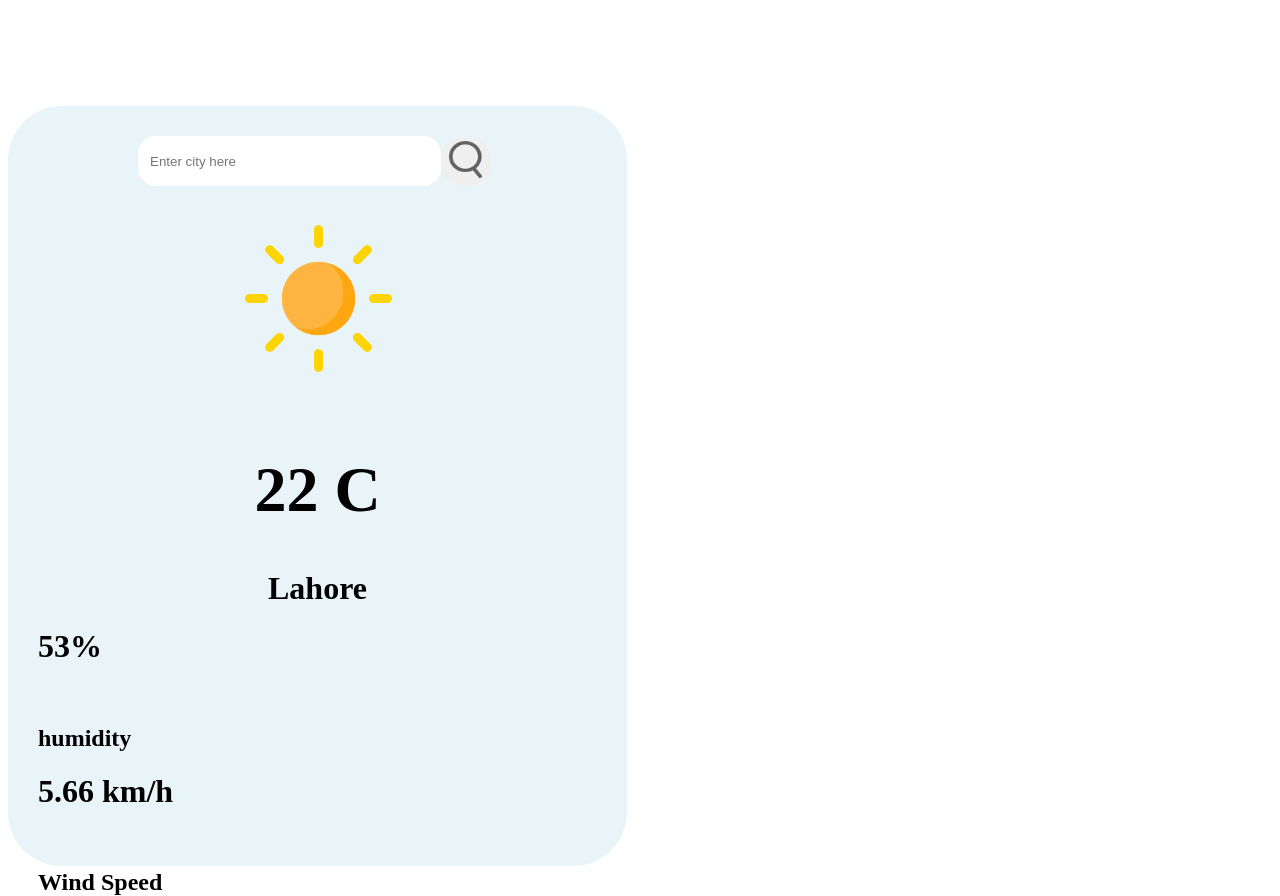
Repository: WajihaGul/Javascripts-Projects
Page: WEATHER APP/index.html
These files come from the project's save history. The page is drawn as it stood at one moment and after the next save; the edit follows.
The browser window is 1280 px wide. The pictures show the whole page.

Above is the page before, as saved 2024-06-07 15:58:24.
Not found: WEATHER APP/script.js

### WEATHER APP/index.html
<!DOCTYPE html>
<html>
    <head>
        <meta charset="utf-8">
        <meta http-equiv="X-UA-Compatible" content="IE=edge">
        <title></title>
        <meta name="description" content="">
        <meta name="viewport" content="width=device-width, initial-scale=1">
        <link rel="stylesheet" href="./style.css">
    </head>
    <body>
            <div class="MainDiv">
                <div class="SearchDiv" >
                <input type="search" class="SearchInput" placeholder="Enter city here">
                <button class="SearchLogo"><img src="/images/search.png" class="btnimg" alt="SearchLogo"></button>
            </div>

            <div class="SecDiv">
                <div class="weather">
                <img src="./images/clear.png" alt="weather here" class="weatherImg">
                </div>
                <div class="temp">
                    <h1>22 C</h1>
                </div>
                <div class="cityName">
                    <h1>Lahore</h1>
                </div>
                <div class="humidity">
                    <h1>53%</h1>
                    <br>
                    <h2>humidity</h2>
                </div>
                <div class="windSpeed">
                    <h1>5.66 km/h</h1>
                    <br>
                    <h2>Wind Speed</h2>
                </div>
            </div>
        </div>
        <script src="./script.js" async defer></script>
    </body>
</html>

### WEATHER APP/style.css
.MainDiv{
    background-color: #e9f4f9;
    /* margin: 0 auto; */
    width: 559px;
    /* display: flex; */
    margin-top: 106px;
    border-radius: 54px;
    height: 700px;
    padding: 30px
}
 .SearchInput{
    width: 303px;
    height: 50px;
    border-radius: 18px;
    padding: 10px;
    border-color: transparent;
}
.SearchDiv{
    display: flex;
    flex-direction: row;
    align-items: center;
    margin: 0 auto;
    margin-left: 100px;
    margin-right: 100px;
}
.btnimg{
    height: 38px;
    width: 34px;
}
.SearchLogo{
    border-color: transparent;
    border-radius: 20px;
    cursor: pointer;
}
.temp h1{
    display: flex;
    align-items: center;
    justify-content: center;
    font-size: 64px;

}
.weatherImg{
    display: flex;
    margin: 0 auto;
}
.cityName h1{
    display: flex;
    align-items: center;
    justify-content: center;
    font-size: 30px
    margin-top: -50px;
}

After the next save:
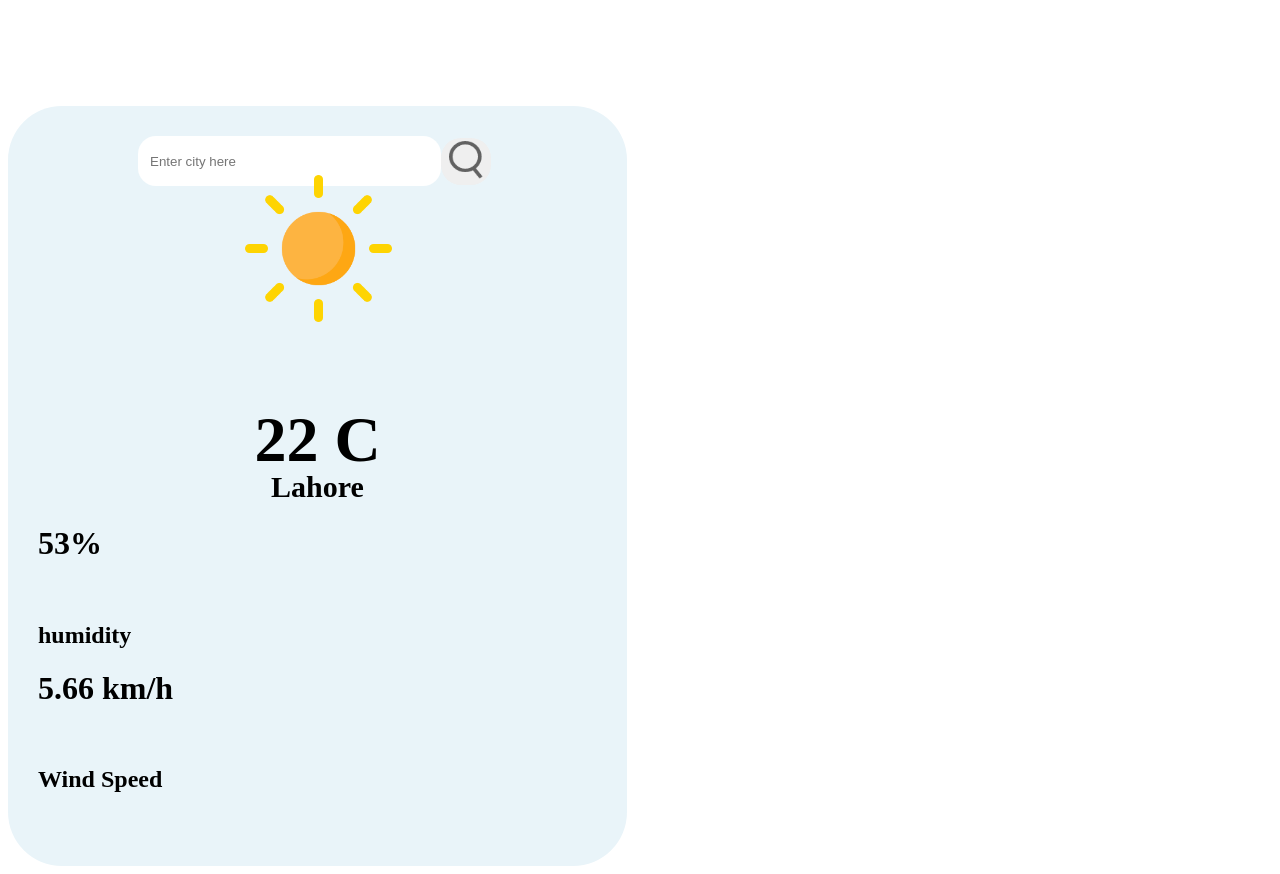
Saved 18 s later.
--- a/WEATHER APP/style.css
+++ b/WEATHER APP/style.css
@@ -42,11 +42,12 @@
 .weatherImg{
     display: flex;
     margin: 0 auto;
+    margin-top: -50px;
 }
 .cityName h1{
     display: flex;
     align-items: center;
     justify-content: center;
-    font-size: 30px
+    font-size: 30px;
     margin-top: -50px;
 }
